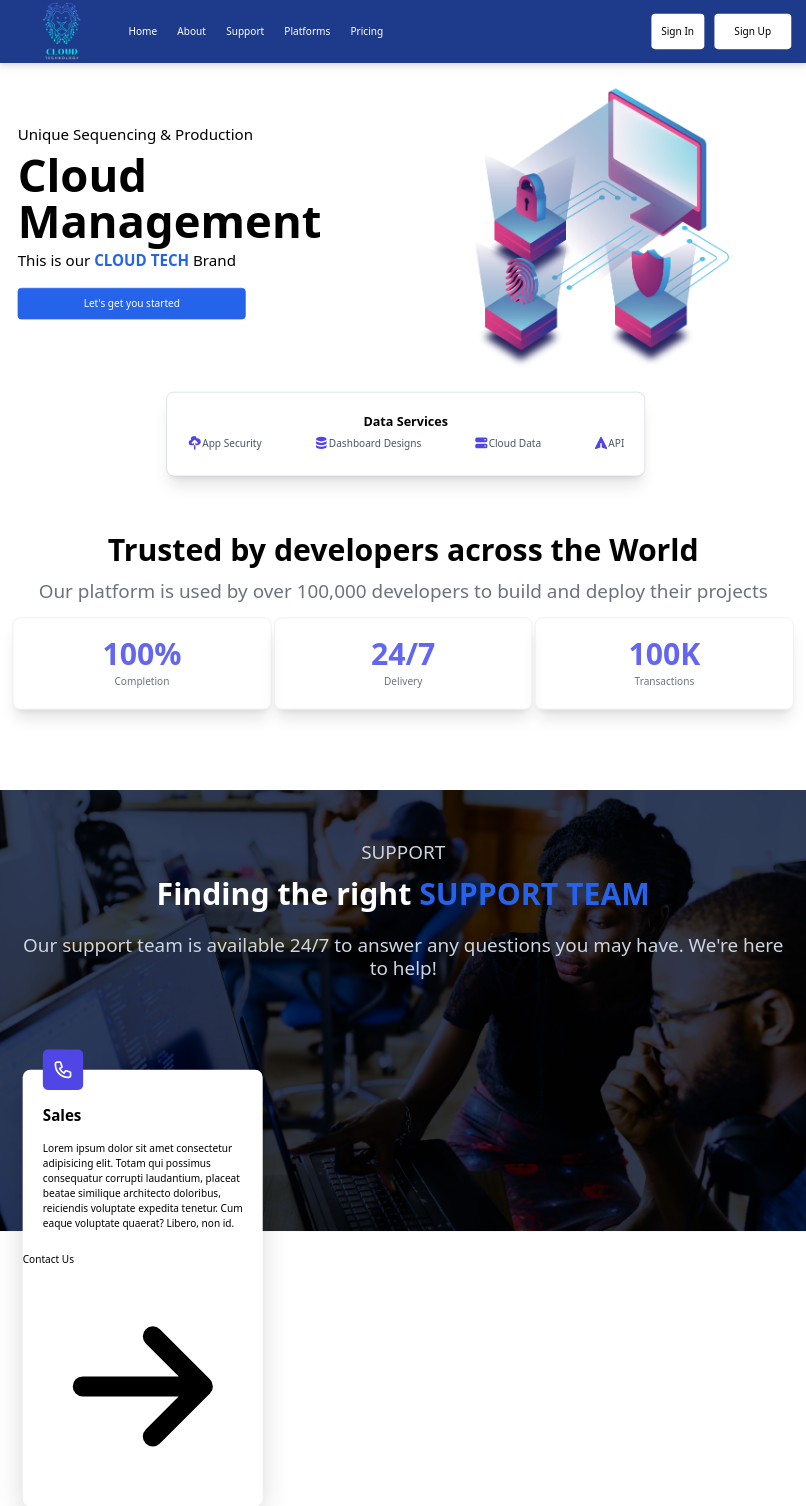
Repository: Esther-Kamau/cloud-management
Page: /
An editor plug-in stored every save of this project. The page is shown before and after the next save, followed by the edit.
The browser window is 1280 px wide. The pictures show the whole page, at 63% of full size.
The project was rebuilt for these pictures with package versions that can differ from the ones it lists, and the page was loaded fresh each time. A package was used in the major version that the imports need, not the one package.json lists.

Above is the page before, as saved 2023-03-16 20:05:18.

### public/index.html
<!DOCTYPE html>
<html lang="en">
  <head>
    <meta charset="utf-8" />
    <link rel="icon" href="%PUBLIC_URL%/Logo.png" />
    <meta name="viewport" content="width=device-width, initial-scale=1" />
    <meta name="theme-color" content="#000000" />
    <meta
      name="description"
      content="Web site created using create-react-app"
    />
    <link rel="apple-touch-icon" href="%PUBLIC_URL%/Logo.png" />
    <!--
      manifest.json provides metadata used when your web app is installed on a
      user's mobile device or desktop. See https://developers.google.com/web/fundamentals/web-app-manifest/
    -->
    <link rel="manifest" href="%PUBLIC_URL%/manifest.json" />
    <!--
      Notice the use of %PUBLIC_URL% in the tags above.
      It will be replaced with the URL of the `public` folder during the build.
      Only files inside the `public` folder can be referenced from the HTML.

      Unlike "/favicon.ico" or "favicon.ico", "%PUBLIC_URL%/favicon.ico" will
      work correctly both with client-side routing and a non-root public URL.
      Learn how to configure a non-root public URL by running `npm run build`.
    -->
    <title>Cloud Technology</title>
  </head>
  <body>
    <noscript>You need to enable JavaScript to run this app.</noscript>
    <div id="root"></div>
    <!--
      This HTML file is a template.
      If you open it directly in the browser, you will see an empty page.

      You can add webfonts, meta tags, or analytics to this file.
      The build step will place the bundled scripts into the <body> tag.

      To begin the development, run `npm start` or `yarn start`.
      To create a production bundle, use `npm run build` or `yarn build`.
    -->
  </body>
</html>

### src/index.css
@tailwind base;
@tailwind components;
@tailwind utilities;

@layer base{
    li{
      @apply p-4 text-white hover:text-slate-300
    }
    button {
        @apply p-4 text-white border bg-blue-600 border-blue-600
        hover:bg-transparent hover:text-black rounded-md
      }
}

### src/App.jsx
import Navbar from "./components/Navbar"
import Hero from "./components/Hero"
import About from "./components/About"
import Support from "./components/Support"

function App() {
  return (

    <>
  <Navbar/>
  <Hero/>
  <About/>
  <Support/>
    </>
  );
}

export default App;

### src/components/Navbar.jsx
import React, { useState } from "react";
import { MenuIcon, XIcon } from "@heroicons/react/outline";
import Logo from "../assets/Logo.png";

const Navbar = () => {
  const [nav, setNav] = useState(false);
  const handleClick = () => setNav(!nav);

  return (
    <div className="w-screen h-[100px] z-10 bg-blue-900 fixed drop-shadow-lg">
      <div className="px-2 flex justify-between items-center w-full h-full">
        <div className="flex items-center">
          <img className="h-[180px] w-[180px]" src={Logo} alt="Logoimg" />
          <ul className="hidden md:flex">
            <li>Home</li>
            <li>About</li>
            <li>Support</li>
            <li>Platforms</li>
            <li>Pricing</li>
          </ul>
        </div>
        <div className="hidden md:flex pr-4">
          <button className="border-none bg-white text-black mr-4 hover:text-white hover:bg-blue-300">
            Sign In
          </button>
          <button className="border-none bg-white text-black px-8 py-3 hover:text-white hover:bg-blue-300">
            Sign Up
          </button>
        </div>
        {/* toggle state */}
        <div className="md:hidden" onClick={handleClick}>
          {/* if the opposite of nav is true display this else xicon */}
          {!nav ? (
            <MenuIcon className="w-8 stroke-white" />
          ) : (
            <XIcon className="w-8 stroke-white" />
          )}
        </div>
      </div>
      {/* if nav is not true hide the menu if tru display the menu */}
      <ul className={!nav ? "hidden" : "absolute bg-blue-900 w-full px-8"}>
        <li className="border-b-2 border-blue-200 w-full">Home</li>
        <li className="border-b-2 border-blue-200 w-full">About</li>
        <li className="border-b-2 border-blue-200 w-full">Support</li>
        <li className="border-b-2 border-blue-200 w-full">Platforms</li>
        <li className="border-b-2 border-blue-200 w-full">Pricing</li>
        <div className="flex flex-col my-4">
          <button className=" bg-transparent text-white mb-4 hover:bg-white hover:text-black">Sign In</button>

          <button className="px-8 py-3">Sign Up</button>
        </div>
      </ul>
    </div>
  );
};

export default Navbar;

### src/components/Hero.jsx
import React from "react";
import {
  CloudUploadIcon,
  DatabaseIcon,
  PaperAirplaneIcon,
  ServerIcon,
} from "@heroicons/react/solid";

import bgImg from "../assets/cyber-bg.png";

const Hero = () => {
  return (
    <div className="w-full h-screen flex flex-col justify-between">
      <div className="grid md:grid-cols-2 max-w-[1240px] m-auto">
        <div className="flex flex-col justify-center md:items-start w-full px-2 py-3">
          <p className="text-2xl">Unique Sequencing & Production</p>
          <h1 className="py-3 text-5xl font-bold md:text-7xl">
            Cloud Management
          </h1>
          <p className="text-2xl mb-3">
            This is our{" "}
            <span className="text-blue-600 font-bold">CLOUD TECH</span> Brand
          </p>
          <button className="py-3 px-6 sm:w-[60%] my-4">
            Let's get you started
          </button>
        </div>
        <div>
          <img src={bgImg} alt="bg" className="w-full" />
        </div>
        {/* check on this later: absolute position */}
        <div
         className='absolute flex flex-col py-8 md:min-w-[760px] bottom-[-5%]
         mx-1 md:left-1/2 transform md:-translate-x-1/2 bg-white
         border border-slate-300 rounded-xl text-center shadow-xl'
        >
          <p className="text-xl font-semibold text-center">Data Services</p>
          <div className="flex flex-wrap justify-between px-4">
            <p className="flex px-4 py-2 text-slate-600"><CloudUploadIcon  className="h-6 text-indigo-600" /> App Security</p>
            <p className="flex px-4 py-2 text-slate-600"><DatabaseIcon className="h-6 text-indigo-600" /> Dashboard Designs</p>
            <p className="flex px-4 py-2 text-slate-600"><ServerIcon className="h-6 text-indigo-600"/> Cloud Data</p>
            <p className="flex px-4 py-2 text-slate-600"><PaperAirplaneIcon className="h-6 text-indigo-600"/> API</p>
          </div>
        </div>
      </div>
    </div>
  );
};

export default Hero;

### src/components/About.jsx
import React from "react";

const About = () => {
  return (
    <div className="w-full my-32">
      <div className="max-w-[1240px] mx-auto">
        <div className="text-center">
          <h2 className="text-5xl font-bold">
            Trusted by developers across the World
          </h2>
          <p className="text-3xl py-6 text-gray-500 font-medium">
            Our platform is used by over 100,000 developers to build and deploy
            their projects
          </p>
        </div>
<div className="grid md:grid-cols-3 gap-1 text-center">

        <div  className="border py-8 rounded-xl shadow-xl ">
          <p className="text-5xl text-indigo-500 font-bold">100%</p>
          <p className="text-gray-500 mt-2">Completion</p>
        </div>
        <div className="border py-8 rounded-xl shadow-xl ">
          <p className="text-5xl text-indigo-500 font-bold">24/7</p>
          <p className="text-gray-500 mt-2">Delivery</p>
        </div>
        <div className="border py-8 rounded-xl shadow-xl ">
          <p className="text-5xl text-indigo-500 font-bold">100K</p>
          <p className="text-gray-500 mt-2">Transactions</p>
        </div>
</div>
      </div>
    </div>
  );
};

export default About;

### src/components/Support.jsx
import React from "react";
import { PhoneIcon, ArrowSmRightIcon } from "@heroicons/react/outline";
import { ChipIcon, SupportIcon } from "@heroicons/react/solid";

import supportImg from "../assets/support.jpg";

const Support = () => {
  return (
    <div className="w-full h-screen mt-24">
      <div className="w-full h-[700px] bg-gray-900/90 absolute">
        <img
          src={supportImg}
          alt="/"
          className="w-full h-full object-cover mix-blend-overlay"
        />
      </div>
      <div className="max-w-[1240px] mx-auto text-white relative">
        <div className="px-4 py-12">
          <h2 className="pt-8 text-3xl uppercase text-center text-slate-300">Support</h2>
          <p className=" text-center text-5xl font-bold py-6 ">
            Finding the right
             <span className="text-blue-600"> SUPPORT TEAM</span>
          </p>
          <p className="text-3xl text-slate-300 py-4 text-center">
            Our support team is available 24/7 to answer any questions you may
            have. We're here to help!
          </p>
        </div>
        <div className="grid grid-cols-1 lg:grid-cols-3 relative gap-y-16 gap-x-8 px-4 pt-12 sm:pt-20 text-black">
          <div className="bg-white rounded-xl shadow-2xl">
            <div className="p-8">
              <PhoneIcon className="p-4 w-16 text-white bg-indigo-600 mt-[-4rem] rounded-lg"/>
              <h3 className="text-2xl my-6 font-bold">Sales</h3>
              <p>
                Lorem ipsum dolor sit amet consectetur adipisicing elit. Totam
                qui possimus consequatur corrupti laudantium, placeat beatae
                similique architecto doloribus, reiciendis voluptate expedita
                tenetur. Cum eaque voluptate quaerat? Libero, non id.
              </p>
            </div>
            <div>
              <p>
                Contact Us <ArrowSmRightIcon />
              </p>
            </div>
          </div>
        </div>
      </div>
    </div>
  );
};

export default Support;

### tailwind.config.js
/** @type {import('tailwindcss').Config} */
module.exports = {
  content: ['./src/**/*.{js,jsx,ts,tsx}'],
  theme: {
    screens: {
      sm: '640px',
      // => @media (min-width: 640px) { ... }

      md: '768px',
      // => @media (min-width: 768px) { ... }

      lg: '1024px',
      // => @media (min-width: 1024px) { ... }

      xl: '1280px',
      // => @media (min-width: 1280px) { ... }

      '2xl': '1536px',
      // => @media (min-width: 1536px) { ... }
    },
  },
  plugins: [],
};

Loaded but not shown: src/index.js (common file)

After the next save:
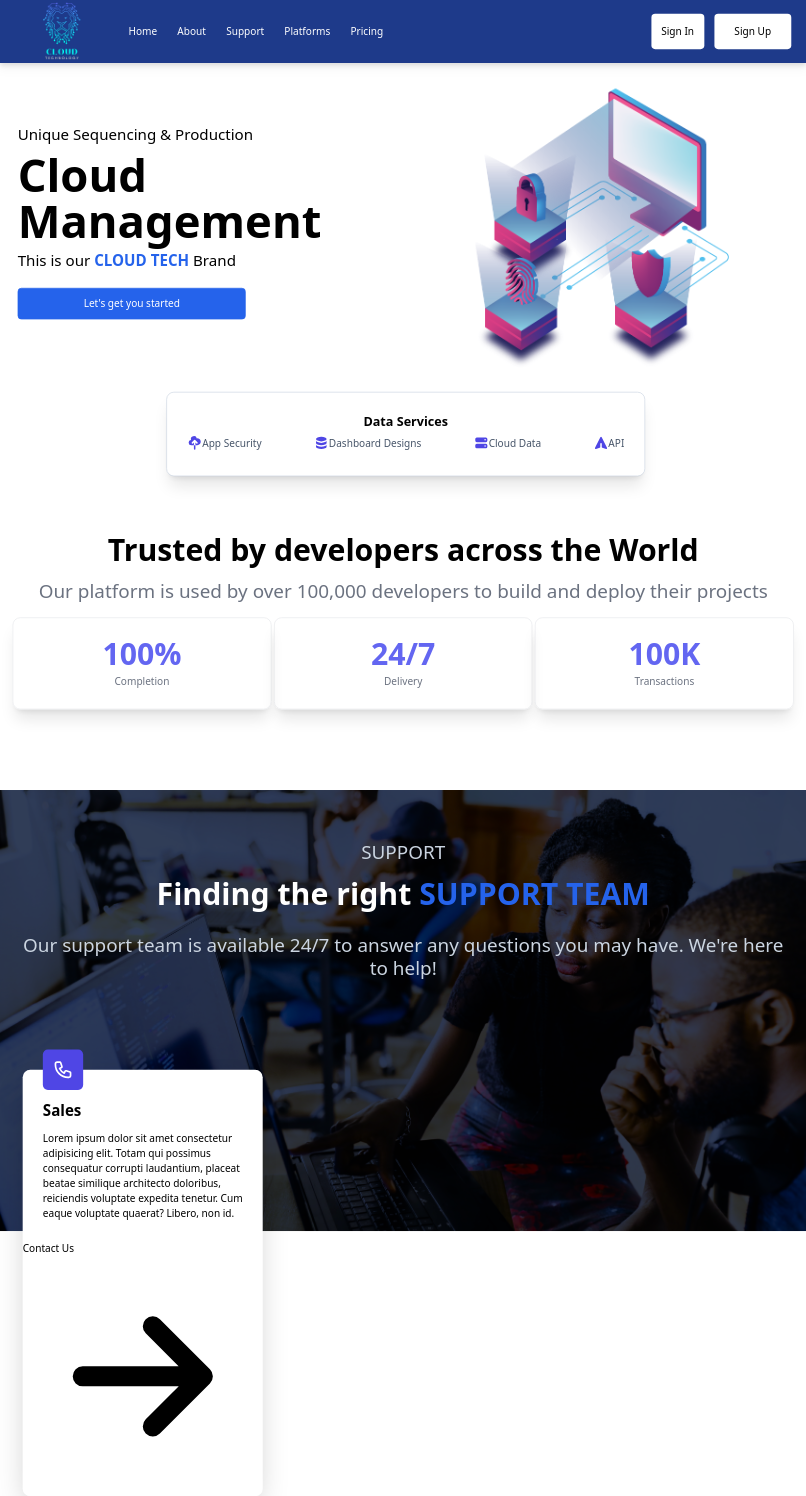
Saved 16 s later.
--- a/src/components/Support.jsx
+++ b/src/components/Support.jsx
@@ -30,7 +30,7 @@ const Support = () => {
           <div className="bg-white rounded-xl shadow-2xl">
             <div className="p-8">
               <PhoneIcon className="p-4 w-16 text-white bg-indigo-600 mt-[-4rem] rounded-lg"/>
-              <h3 className="text-2xl my-6 font-bold">Sales</h3>
+              <h3 className="text-2xl my-4 font-bold">Sales</h3>
               <p>
                 Lorem ipsum dolor sit amet consectetur adipisicing elit. Totam
                 qui possimus consequatur corrupti laudantium, placeat beatae
